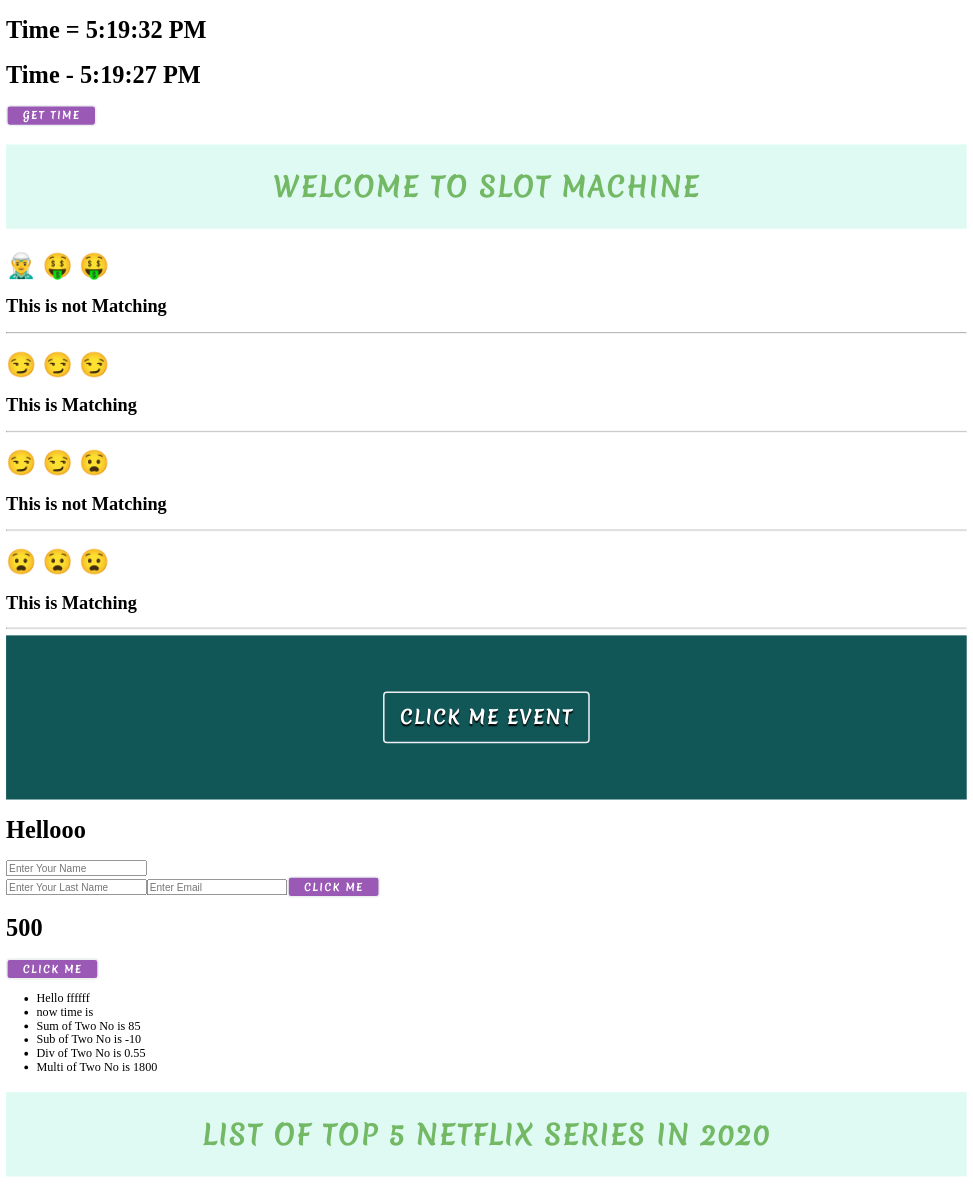
Repository: hardik2626/reactlearn2020
Page: /
The author's editor kept a copy of each file at every save. The page is drawn from the files as they stood at one save, then again after the next save.
The browser window is 1280 px wide. The pictures show the part of the page from y = 0 to 1574 px (the page is 2677 px tall before and 2597 px after), at 76% of full size.
Pictures or frames that could not be fetched are drawn as grey boxes. The project was rebuilt for these pictures with package versions that can differ from the ones it lists, and the page was loaded fresh each time.

Above is the page before, as saved 2020-10-14 18:20:13.

After the next save:
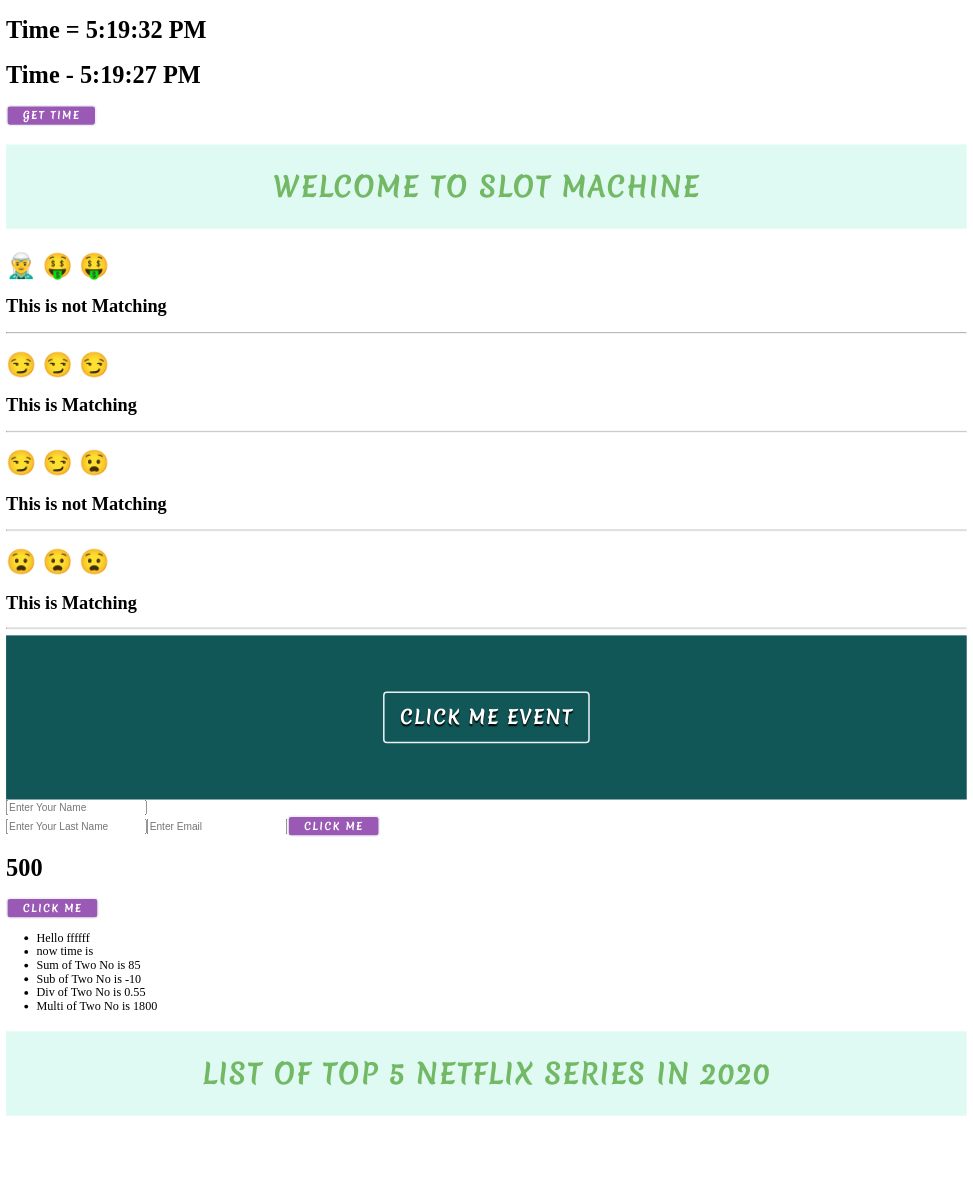
Saved 16 s later.
--- a/src/Myform.js
+++ b/src/Myform.js
@@ -47,7 +47,7 @@
                 <>
                 <div className="main_div">
                 <form onSubmit={onSubmit}>
-                        <h1>Hellooo {fullname.fname} </h1>
+
                         <input type="text" placeholder="Enter Your Name" name="fname" onChange={inputEvent} value={fullname.fname} />
                         <br/>
                         <input type="text" placeholder="Enter Your Last Name" name="lname" onChange={inputEvent} value={fullname.lname} />

After the save that followed:
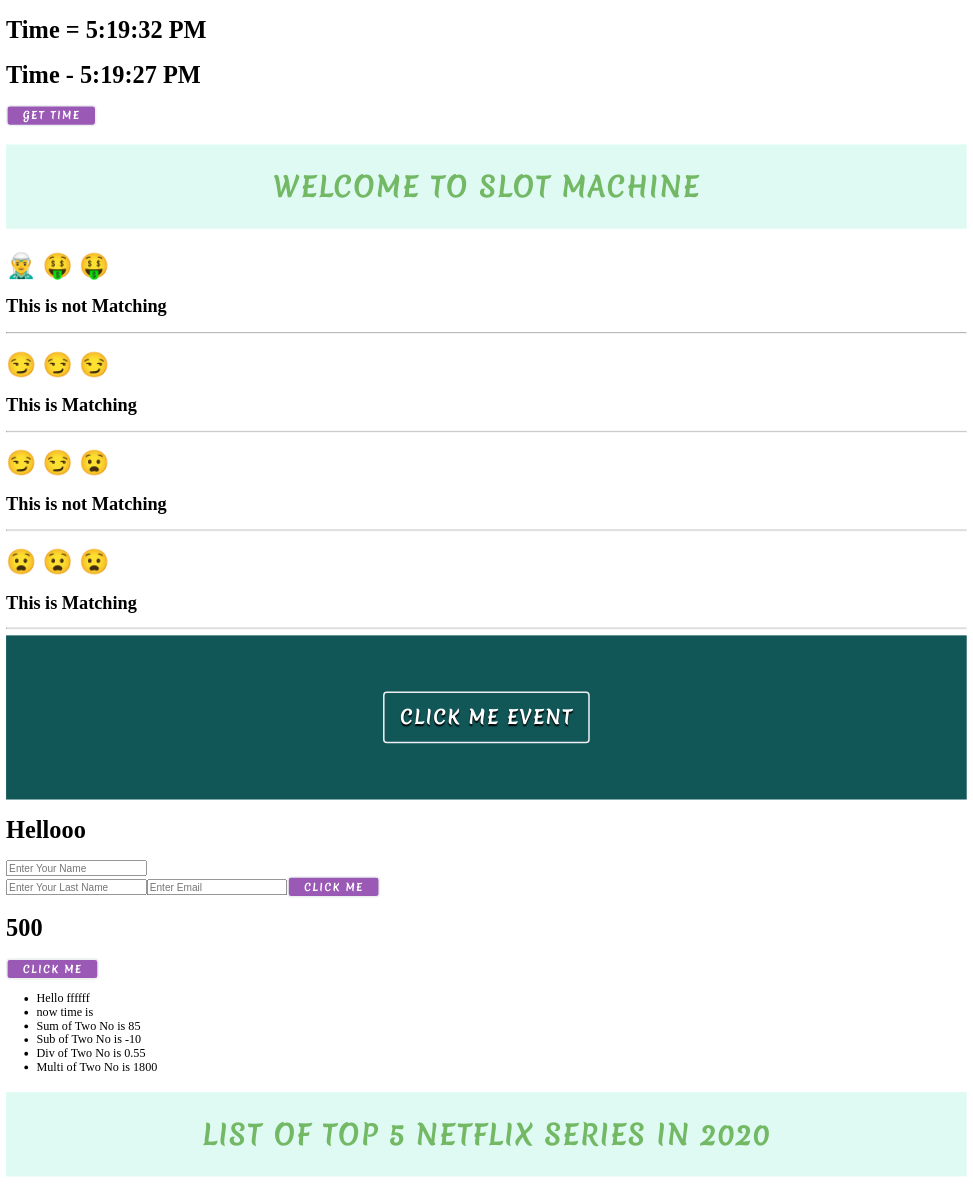
Saved 37 s later.
--- a/src/Myform.js
+++ b/src/Myform.js
@@ -47,7 +47,7 @@
                 <>
                 <div className="main_div">
                 <form onSubmit={onSubmit}>
-
+                        <h1>Hellooo {fullname.fname}</h1>
                         <input type="text" placeholder="Enter Your Name" name="fname" onChange={inputEvent} value={fullname.fname} />
                         <br/>
                         <input type="text" placeholder="Enter Your Last Name" name="lname" onChange={inputEvent} value={fullname.lname} />
